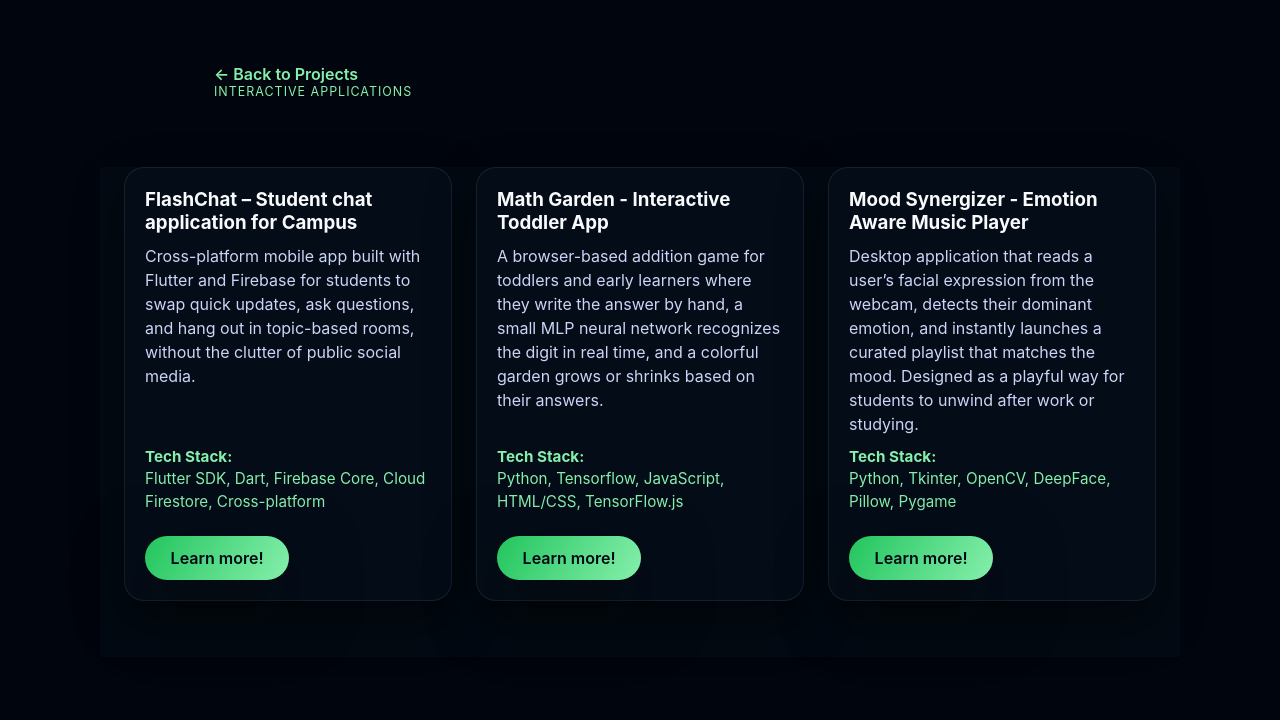
Repository: Abdulaziz-04/Abdulaziz-04.github.io
Page: projects/interactive_apps.html
An editor plug-in stored every save of this project. The page is shown before and after the next save, followed by the edit.
The browser window is 1280 px wide. The pictures show the whole page.

Above is the page before, as saved 2025-11-20 16:20:21.

After the next save:
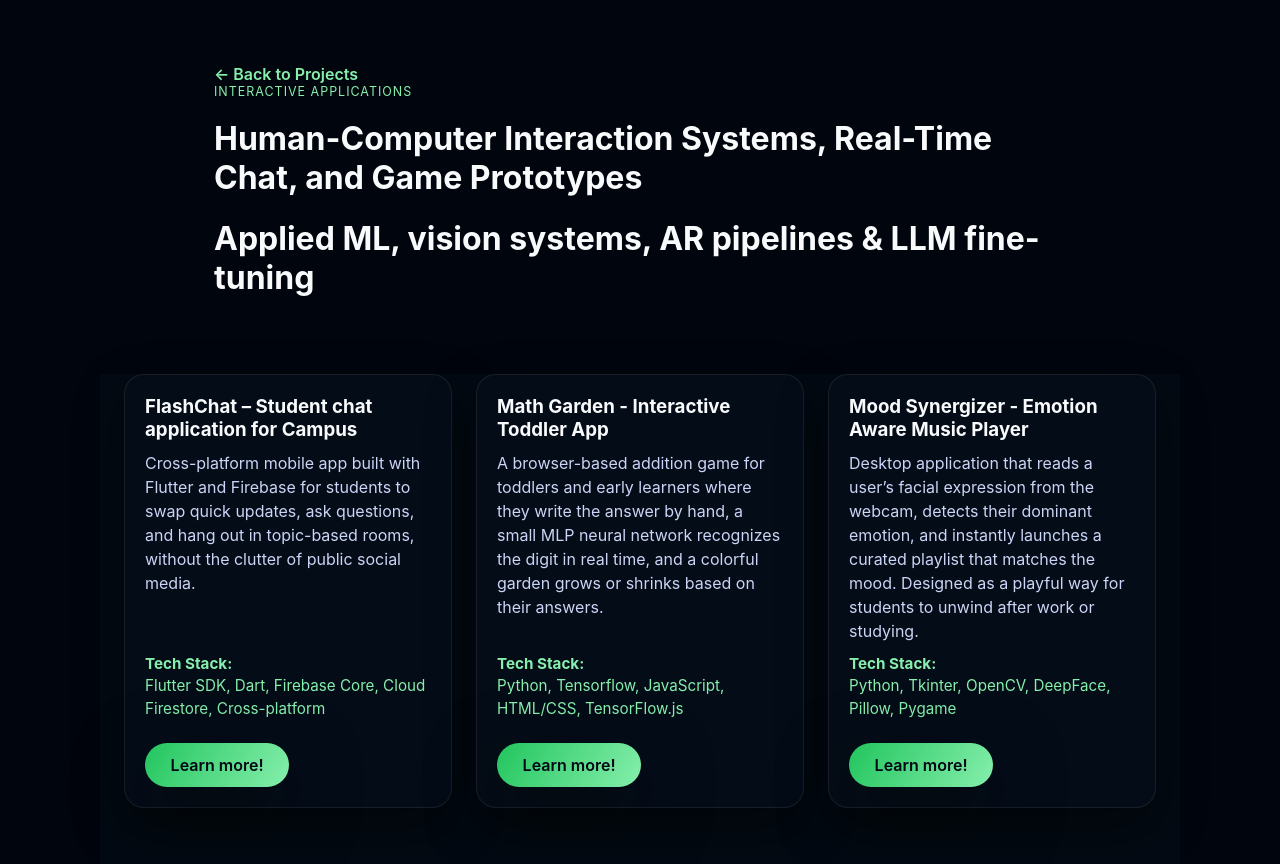
Saved 30 s later.
--- a/projects/interactive_apps.html
+++ b/projects/interactive_apps.html
@@ -12,6 +12,10 @@
         >&larr; Back to Projects</a
       >
       <p class="category-pill">Interactive Applications</p>
+      <h1>
+        Human-Computer Interaction Systems, Real-Time Chat, and Game Prototypes
+      </h1>
+      <h1>Applied ML, vision systems, AR pipelines & LLM fine-tuning</h1>
     </header>
     <main class="section category-section">
       <div class="project-modal-grid">
